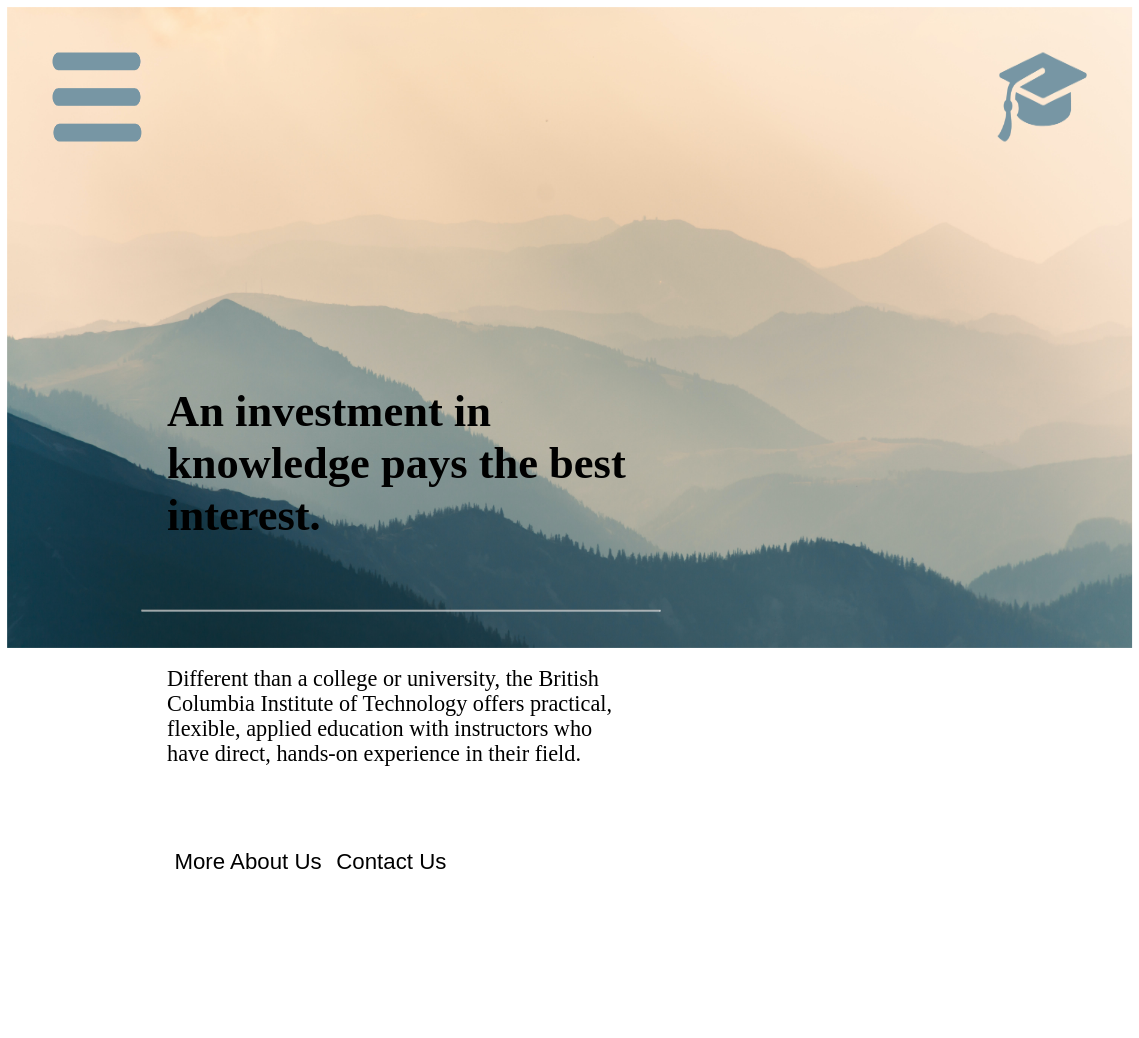
Repository: sierralaurent/MDIA2109-Assignment01
Page: /
The author's editor kept a copy of each file at every save. The page is drawn from the files as they stood at one save, then again after the next save.
The browser window is 1280 px wide. The pictures show the whole page, at 89% of full size.
The project was rebuilt for these pictures with package versions that can differ from the ones it lists, and the page was loaded fresh each time. The framework's server and built-in components were replaced by stand-ins that run in the browser. Also part of the build but not shown: next.config.js.

Above is the page before, as saved 2023-02-05 13:16:37.

After the next save:
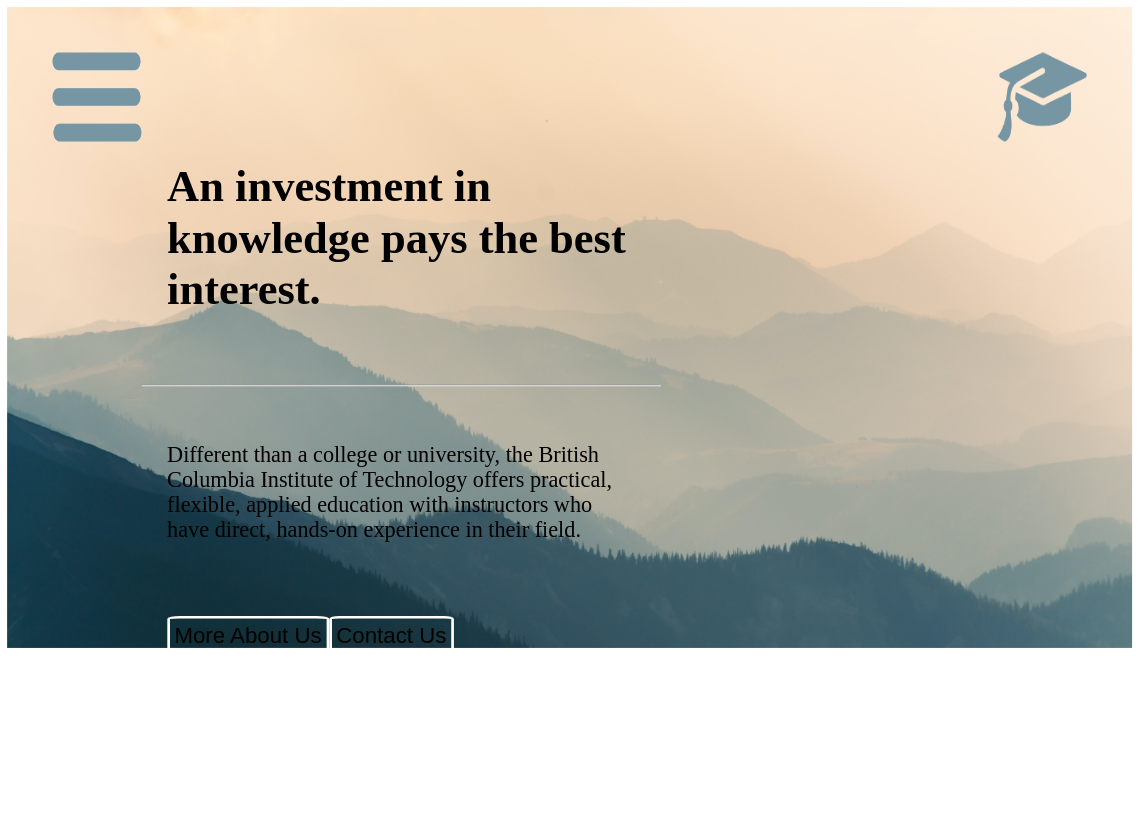
Saved 8 s later.
--- a/styles/Home.module.css
+++ b/styles/Home.module.css
@@ -60,7 +60,6 @@
   flex-direction: column;
   justify-content: left;
   align-items: left;
-  padding-top: 20%;
   padding-right: 30%;
 }
 
